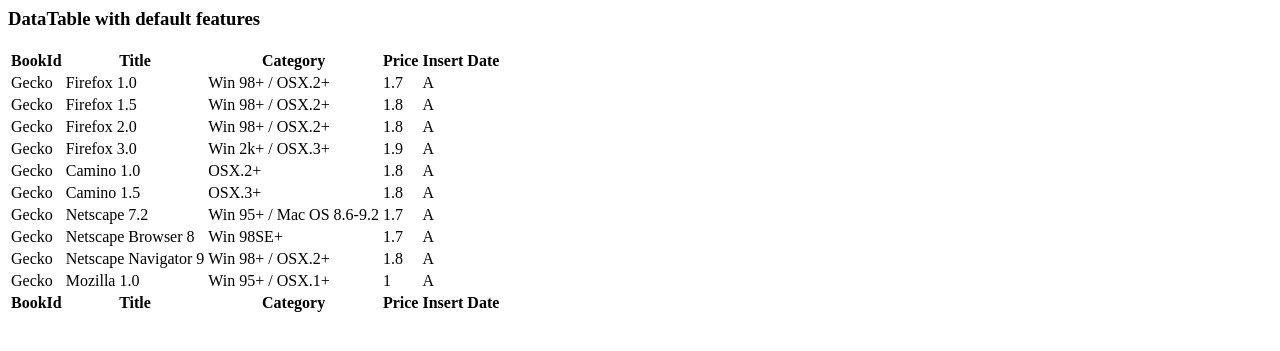
Repository: Dongmin09/EgvoProject
Page: http://localhost/egvoProject/WEB-INF/views/book/list.jsp
These files come from the project's save history. The page is drawn as it stood at one moment and after the next save; the edit follows.
The browser window is 1280 px wide. The pictures show the whole page.
The page is served by Tomcat 9. Nobody is signed in. Other server files are loaded and not shown. The template is opened directly, without the code that normally fills it, so the values that code supplies are empty.

Above is the page before, as saved 2022-11-11 08:27:51.

### egvoProject/src/main/webapp/WEB-INF/views/book/list.jsp
<%@ page language="java" contentType="text/html; charset=UTF-8"%>
<%@ taglib prefix="c" uri="http://java.sun.com/jsp/jstl/core"%>
<div class="card">
   <div class="card-header">
      <h3 class="card-title">DataTable with default features</h3>
   </div>

   <div class="card-body">
      <div id="example1_wrapper" class="dataTables_wrapper dt-bootstrap4">
         <div class="row">
            <div class="col-sm-12">
               <table id="example1"
                  class="table table-bordered table-striped dataTable dtr-inline"
                  aria-describedby="example1_info">
                  <thead>
                     <tr>
                        <th class="sorting sorting_asc" tabindex="0"
                           aria-controls="example1" rowspan="1" colspan="1"
                           aria-sort="ascending"
                           aria-label="BookId: activate to sort column descending">BookId</th>
                        <th class="sorting" tabindex="0" aria-controls="example1"
                           rowspan="1" colspan="1"
                           aria-label="Title: activate to sort column ascending">Title</th>
                        <th class="sorting" tabindex="0" aria-controls="example1"
                           rowspan="1" colspan="1"
                           aria-label="Category:  activate to sort column ascending">Category</th>
                        <th class="sorting" tabindex="0" aria-controls="example1"
                           rowspan="1" colspan="1"
                           aria-label="Price: activate to sort column ascending">Price</th>
                        <th class="sorting" tabindex="0" aria-controls="example1"
                           rowspan="1" colspan="1"
                           aria-label="Insert Date: activate to sort column ascending">Insert Date</th>
                     </tr>
                  </thead>
                  <tbody>
                     <tr class="odd">
                        <td class="dtr-control sorting_1" tabindex="0">Gecko</td>
                        <td>Firefox 1.0</td>
                        <td>Win 98+ / OSX.2+</td>
                        <td>1.7</td>
                        <td>A</td>
                     </tr>
                     <tr class="even">
                        <td class="dtr-control sorting_1" tabindex="0">Gecko</td>
                        <td>Firefox 1.5</td>
                        <td>Win 98+ / OSX.2+</td>
                        <td>1.8</td>
                        <td>A</td>
                     </tr>
                     <tr class="odd">
                        <td class="dtr-control sorting_1" tabindex="0">Gecko</td>
                        <td>Firefox 2.0</td>
                        <td>Win 98+ / OSX.2+</td>
                        <td>1.8</td>
                        <td>A</td>
                     </tr>
                     <tr class="even">
                        <td class="dtr-control sorting_1" tabindex="0">Gecko</td>
                        <td>Firefox 3.0</td>
                        <td>Win 2k+ / OSX.3+</td>
                        <td>1.9</td>
                        <td>A</td>
                     </tr>
                     <tr class="odd">
                        <td class="sorting_1 dtr-control">Gecko</td>
                        <td>Camino 1.0</td>
                        <td>OSX.2+</td>
                        <td>1.8</td>
                        <td>A</td>
                     </tr>
                     <tr class="even">
                        <td class="sorting_1 dtr-control">Gecko</td>
                        <td>Camino 1.5</td>
                        <td>OSX.3+</td>
                        <td>1.8</td>
                        <td>A</td>
                     </tr>
                     <tr class="odd">
                        <td class="sorting_1 dtr-control">Gecko</td>
                        <td>Netscape 7.2</td>
                        <td>Win 95+ / Mac OS 8.6-9.2</td>
                        <td>1.7</td>
                        <td>A</td>
                     </tr>
                     <tr class="even">
                        <td class="sorting_1 dtr-control">Gecko</td>
                        <td>Netscape Browser 8</td>
                        <td>Win 98SE+</td>
                        <td>1.7</td>
                        <td>A</td>
                     </tr>
                     <tr class="odd">
                        <td class="sorting_1 dtr-control">Gecko</td>
                        <td>Netscape Navigator 9</td>
                        <td>Win 98+ / OSX.2+</td>
                        <td>1.8</td>
                        <td>A</td>
                     </tr>
                     <tr class="even">
                        <td class="sorting_1 dtr-control">Gecko</td>
                        <td>Mozilla 1.0</td>
                        <td>Win 95+ / OSX.1+</td>
                        <td>1</td>
                        <td>A</td>
                     </tr>
                  </tbody>
                  <tfoot>
                     <tr>
                        <th rowspan="1" colspan="1">BookId</th>
                        <th rowspan="1" colspan="1">Title</th>
                        <th rowspan="1" colspan="1">Category</th>
                        <th rowspan="1" colspan="1">Price</th>
                        <th rowspan="1" colspan="1">Insert Date</th>
                     </tr>
                  </tfoot>
               </table>
            </div>
         </div>
         <div class="row">
<!--             <div class="col-sm-12 col-md-7"> -->
<!--                <div class="dataTables_paginate paging_simple_numbers" -->
<!--                   id="example1_paginate"> -->
<!--                   <ul class="pagination"> -->
<!--                      <li class="paginate_button page-item previous disabled" -->
<!--                         id="example1_previous"><a href="#" aria-controls="example1" -->
<!--                         data-dt-idx="0" tabindex="0" class="page-link">Previous</a></li> -->
<!--                      <li class="paginate_button page-item active"><a href="#" -->
<!--                         aria-controls="example1" data-dt-idx="1" tabindex="0" -->
<!--                         class="page-link">1</a></li> -->
<!--                      <li class="paginate_button page-item "><a href="#" -->
<!--                         aria-controls="example1" data-dt-idx="2" tabindex="0" -->
<!--                         class="page-link">2</a></li> -->
<!--                      <li class="paginate_button page-item "><a href="#" -->
<!--                         aria-controls="example1" data-dt-idx="3" tabindex="0" -->
<!--                         class="page-link">3</a></li> -->
<!--                      <li class="paginate_button page-item "><a href="#" -->
<!--                         aria-controls="example1" data-dt-idx="4" tabindex="0" -->
<!--                         class="page-link">4</a></li> -->
<!--                      <li class="paginate_button page-item "><a href="#" -->
<!--                         aria-controls="example1" data-dt-idx="5" tabindex="0" -->
<!--                         class="page-link">5</a></li> -->
<!--                      <li class="paginate_button page-item "><a href="#" -->
<!--                         aria-controls="example1" data-dt-idx="6" tabindex="0" -->
<!--                         class="page-link">6</a></li> -->
<!--                      <li class="paginate_button page-item next" id="example1_next"><a -->
<!--                         href="#" aria-controls="example1" data-dt-idx="7" tabindex="0" -->
<!--                         class="page-link">Next</a></li> -->
<!--                   </ul> -->
<!--                </div> -->
<!--             </div> -->
         </div>
      </div>
   </div>

</div>

After the next save:
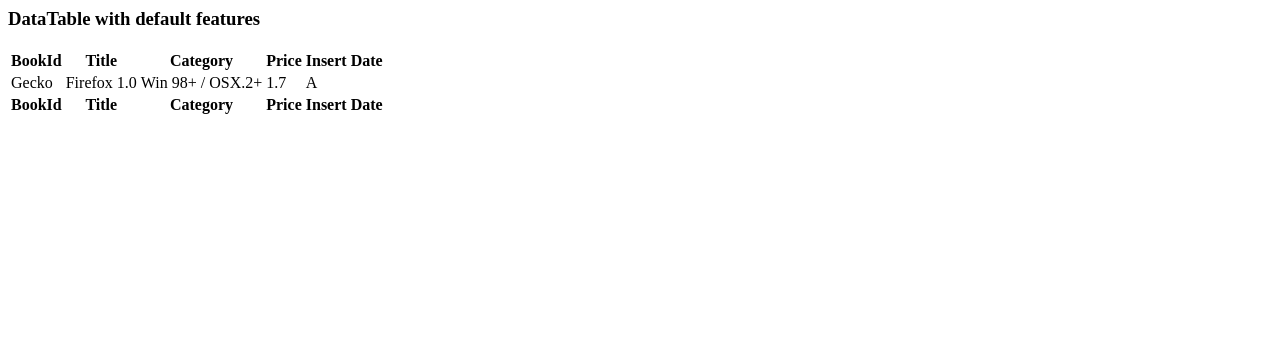
Saved 3 min 33 s later.
--- a/egvoProject/src/main/webapp/WEB-INF/views/book/list.jsp
+++ b/egvoProject/src/main/webapp/WEB-INF/views/book/list.jsp
@@ -38,69 +38,6 @@
                         <td>Firefox 1.0</td>
                         <td>Win 98+ / OSX.2+</td>
                         <td>1.7</td>
-                        <td>A</td>
-                     </tr>
-                     <tr class="even">
-                        <td class="dtr-control sorting_1" tabindex="0">Gecko</td>
-                        <td>Firefox 1.5</td>
-                        <td>Win 98+ / OSX.2+</td>
-                        <td>1.8</td>
-                        <td>A</td>
-                     </tr>
-                     <tr class="odd">
-                        <td class="dtr-control sorting_1" tabindex="0">Gecko</td>
-                        <td>Firefox 2.0</td>
-                        <td>Win 98+ / OSX.2+</td>
-                        <td>1.8</td>
-                        <td>A</td>
-                     </tr>
-                     <tr class="even">
-                        <td class="dtr-control sorting_1" tabindex="0">Gecko</td>
-                        <td>Firefox 3.0</td>
-                        <td>Win 2k+ / OSX.3+</td>
-                        <td>1.9</td>
-                        <td>A</td>
-                     </tr>
-                     <tr class="odd">
-                        <td class="sorting_1 dtr-control">Gecko</td>
-                        <td>Camino 1.0</td>
-                        <td>OSX.2+</td>
-                        <td>1.8</td>
-                        <td>A</td>
-                     </tr>
-                     <tr class="even">
-                        <td class="sorting_1 dtr-control">Gecko</td>
-                        <td>Camino 1.5</td>
-                        <td>OSX.3+</td>
-                        <td>1.8</td>
-                        <td>A</td>
-                     </tr>
-                     <tr class="odd">
-                        <td class="sorting_1 dtr-control">Gecko</td>
-                        <td>Netscape 7.2</td>
-                        <td>Win 95+ / Mac OS 8.6-9.2</td>
-                        <td>1.7</td>
-                        <td>A</td>
-                     </tr>
-                     <tr class="even">
-                        <td class="sorting_1 dtr-control">Gecko</td>
-                        <td>Netscape Browser 8</td>
-                        <td>Win 98SE+</td>
-                        <td>1.7</td>
-                        <td>A</td>
-                     </tr>
-                     <tr class="odd">
-                        <td class="sorting_1 dtr-control">Gecko</td>
-                        <td>Netscape Navigator 9</td>
-                        <td>Win 98+ / OSX.2+</td>
-                        <td>1.8</td>
-                        <td>A</td>
-                     </tr>
-                     <tr class="even">
-                        <td class="sorting_1 dtr-control">Gecko</td>
-                        <td>Mozilla 1.0</td>
-                        <td>Win 95+ / OSX.1+</td>
-                        <td>1</td>
                         <td>A</td>
                      </tr>
                   </tbody>
